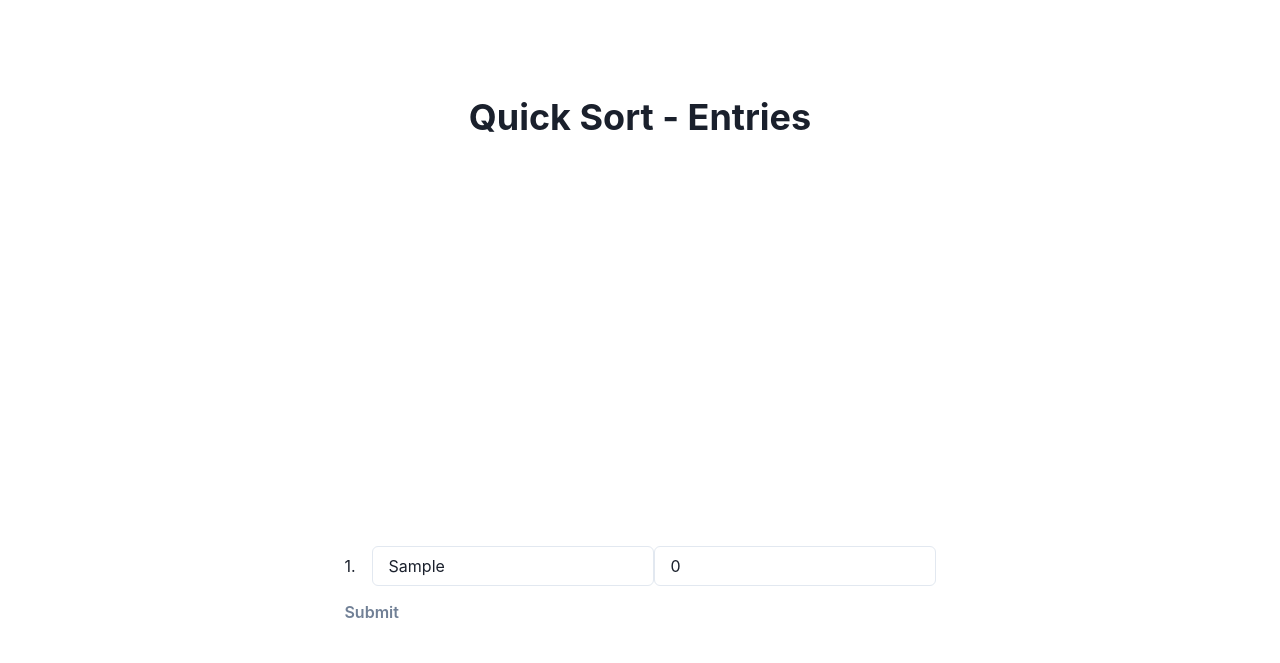
Repository: rohit-jindal18/stock-trailer
Page: /home
These files come from the project's save history. The page is drawn as it stood at one moment and after a run of saves; the edit follows.
The browser window is 1280 px wide. The pictures show the whole page.
The project was rebuilt for these pictures with package versions that can differ from the ones it lists, and the page was loaded fresh each time. The framework's server and built-in components were replaced by stand-ins that run in the browser. Also part of the build but not shown: next.config.js.

Above is the page before, as saved 2023-03-14 15:00:40.

### src/pages/_app.tsx
import '@stock-trailer/styles/globals.css'
import { ChakraProvider } from '@chakra-ui/react'
import type { AppProps } from 'next/app'

export default function App({ Component, pageProps }: AppProps) {
  return (
    <ChakraProvider>
      <Component {...pageProps} />
    </ChakraProvider>
  )
}

### src/pages/home.tsx
import { Box, Button, Heading, Input, Text } from '@chakra-ui/react'
import styles from '@stock-trailer/styles/Home.module.css'
import { IInstrumentInfo } from '@stock-trailer/types'
import { Inter } from 'next/font/google'
import Head from 'next/head'
import { useState } from 'react'

const inter = Inter({ subsets: ['latin'] })

export default function Authorize() {
  const [instruments, setInstruments] = useState<IInstrumentInfo[]>([{
    id: 'Sample',
    qty: 0
  }]);
  return (
    <>
      <Head>
        <title>Stock - Trailer</title>
        <meta name="description" content="Generated by create next app" />
        <meta name="viewport" content="width=device-width, initial-scale=1" />
        <link rel="icon" href="/favicon.ico" />
      </Head>
      <main className={styles.main}>
        <div className={styles.description}>
          <Heading>Quick Sort - Entries</Heading>
        </div>
        <Box>
          {
            instruments.map((instrument, index) => {
              return (
                <Box display={'flex'} alignItems='center' key={`qs-${index}`} >
                  <Text mr={'16px'}>{index + 1}.</Text>
                  <Input value={instrument.id} onChange={(event) => {
                    const newInstruments = [
                      ...instruments
                    ]
                    newInstruments[index].id = event.target.value
                    setInstruments(newInstruments);
                  }} />
                  <Input value={instrument.qty} onChange={(event) => {
                    const newInstruments = [
                      ...instruments
                    ]
                    newInstruments[index].qty = +event.target.value
                    setInstruments(newInstruments);
                  }} />
                </Box>
              );
            })
          }
          <Button variant={'link'} mt={'16px'}>Submit</Button>
        </Box>
      </main>
    </>
  )
}

### src/styles/Home.module.css
.main {
  display: flex;
  flex-direction: column;
  justify-content: space-between;
  align-items: center;
  padding: 6rem;
  min-height: 100vh;
}

.description {
  display: flex;
  justify-content: center;
  align-items: center;
  height: 100%;
  font-size: 0.85rem;
  max-width: var(--max-width);
  width: 100%;
  z-index: 2;
  font-family: var(--font-mono);
}

.description a {
  display: flex;
  justify-content: center;
  align-items: center;
  gap: 0.5rem;
}

.description p {
  position: relative;
  margin: 0;
  padding: 1rem;
  background-color: rgba(var(--callout-rgb), 0.5);
  border: 1px solid rgba(var(--callout-border-rgb), 0.3);
  border-radius: var(--border-radius);
}

.code {
  font-weight: 700;
  font-family: var(--font-mono);
}

.grid {
  display: grid;
  grid-template-columns: repeat(4, minmax(25%, auto));
  width: var(--max-width);
  max-width: 100%;
}

.card {
  padding: 1rem 1.2rem;
  border-radius: var(--border-radius);
  background: rgba(var(--card-rgb), 0);
  border: 1px solid rgba(var(--card-border-rgb), 0);
  transition: background 200ms, border 200ms;
}

.card span {
  display: inline-block;
  transition: transform 200ms;
}

.card h2 {
  font-weight: 600;
  margin-bottom: 0.7rem;
}

.card p {
  margin: 0;
  opacity: 0.6;
  font-size: 0.9rem;
  line-height: 1.5;
  max-width: 30ch;
}

.center {
  display: flex;
  justify-content: center;
  align-items: center;
  position: relative;
  padding: 4rem 0;
}

.center::before {
  background: var(--secondary-glow);
  border-radius: 50%;
  width: 480px;
  height: 360px;
  margin-left: -400px;
}

.center::after {
  background: var(--primary-glow);
  width: 240px;
  height: 180px;
  z-index: -1;
}

.center::before,
.center::after {
  content: '';
  left: 50%;
  position: absolute;
  filter: blur(45px);
  transform: translateZ(0);
}

.logo,
.thirteen {
  position: relative;
}

.thirteen {
  display: flex;
  justify-content: center;
  align-items: center;
  width: 75px;
  height: 75px;
  padding: 25px 10px;
  margin-left: 16px;
  transform: translateZ(0);
  border-radius: var(--border-radius);
  overflow: hidden;
  box-shadow: 0px 2px 8px -1px #0000001a;
}

.thirteen::before,
.thirteen::after {
  content: '';
  position: absolute;
  z-index: -1;
}

/* Conic Gradient Animation */
.thirteen::before {
  animation: 6s rotate linear infinite;
  width: 200%;
  height: 200%;
  background: var(--tile-border);
}

/* Inner Square */
.thirteen::after {
  inset: 0;
  padding: 1px;
  border-radius: var(--border-radius);
  background: linear-gradient(
    to bottom right,
    rgba(var(--tile-start-rgb), 1),
    rgba(var(--tile-end-rgb), 1)
  );
  background-clip: content-box;
}

/* Enable hover only on non-touch devices */
@media (hover: hover) and (pointer: fine) {
  .card:hover {
    background: rgba(var(--card-rgb), 0.1);
    border: 1px solid rgba(var(--card-border-rgb), 0.15);
  }

  .card:hover span {
    transform: translateX(4px);
  }
}

@media (prefers-reduced-motion) {
  .thirteen::before {
    animation: none;
  }

  .card:hover span {
    transform: none;
  }
}

/* Mobile */
@media (max-width: 700px) {
  .content {
    padding: 4rem;
  }

  .grid {
    grid-template-columns: 1fr;
    margin-bottom: 120px;
    max-width: 320px;
    text-align: center;
  }

  .card {
    padding: 1rem 2.5rem;
  }

  .card h2 {
    margin-bottom: 0.5rem;
  }

  .center {
    padding: 8rem 0 6rem;
  }

  .center::before {
    transform: none;
    height: 300px;
  }

  .description {
    font-size: 0.8rem;
  }

  .description a {
    padding: 1rem;
  }

  .description p,
  .description div {
    display: flex;
    justify-content: center;
    position: fixed;
    width: 100%;
  }

  .description p {
    align-items: center;
    inset: 0 0 auto;
    padding: 2rem 1rem 1.4rem;
    border-radius: 0;
    border: none;
    border-bottom: 1px solid rgba(var(--callout-border-rgb), 0.25);
    background: linear-gradient(
      to bottom,
      rgba(var(--background-start-rgb), 1),
      rgba(var(--callout-rgb), 0.5)
    );
    background-clip: padding-box;
    backdrop-filter: blur(24px);
  }

  .description div {
    align-items: flex-end;
    pointer-events: none;
    inset: auto 0 0;
    padding: 2rem;
    height: 200px;
    background: linear-gradient(
      to bottom,
      transparent 0%,
      rgb(var(--background-end-rgb)) 40%
    );
    z-index: 1;
  }
}

/* Tablet and Smaller Desktop */
@media (min-width: 701px) and (max-width: 1120px) {
  .grid {
    grid-template-columns: repeat(2, 50%);
  }
}

@media (prefers-color-scheme: dark) {
  .vercelLogo {
    filter: invert(1);
  }

  .logo,
  .thirteen img {
    filter: invert(1) drop-shadow(0 0 0.3rem #ffffff70);
  }
}

@keyframes rotate {
  from {
    transform: rotate(360deg);
  }
  to {
    transform: rotate(0deg);
  }
}

Loaded but not shown: src/pages/_document.tsx (common file); src/styles/globals.css (common file)

After the next 2 saves:
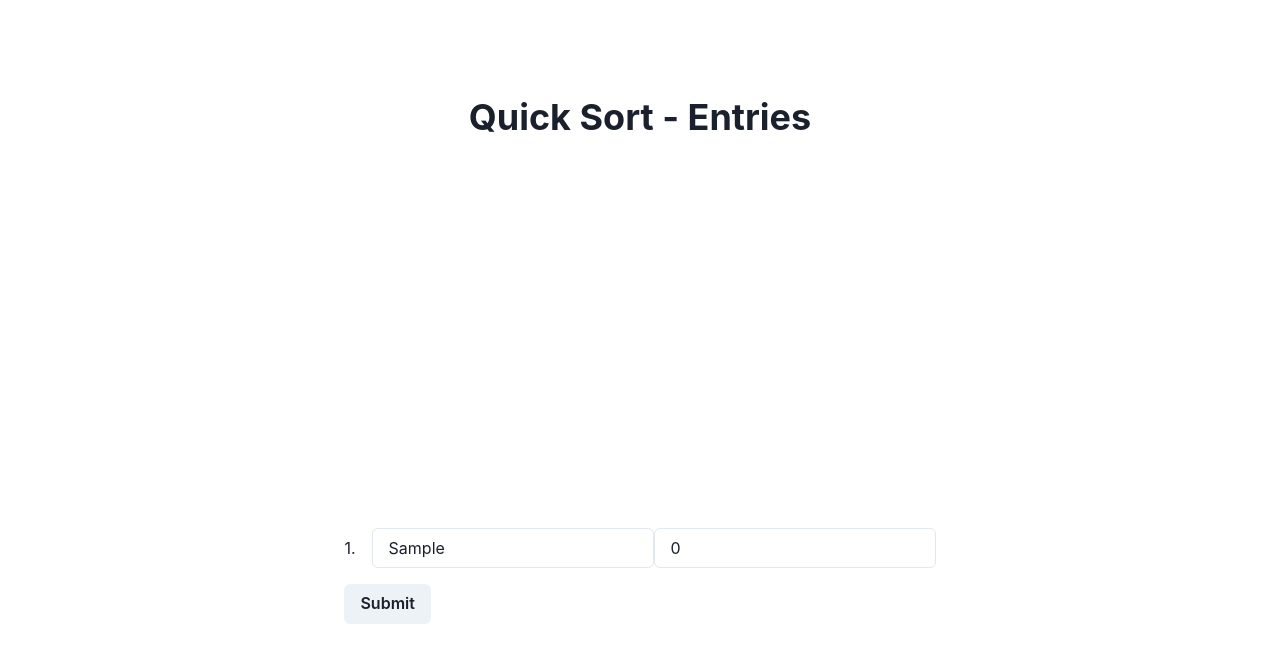
The 2 saves are shown as one change because they came seconds apart.
The last was saved 8 s later.
--- a/src/pages/home.tsx
+++ b/src/pages/home.tsx
@@ -48,7 +48,7 @@ export default function Authorize() {
               );
             })
           }
-          <Button variant={'link'} mt={'16px'}>Submit</Button>
+          <Button variant={'solid'} mt={'16px'}>Submit</Button>
         </Box>
       </main>
     </>
